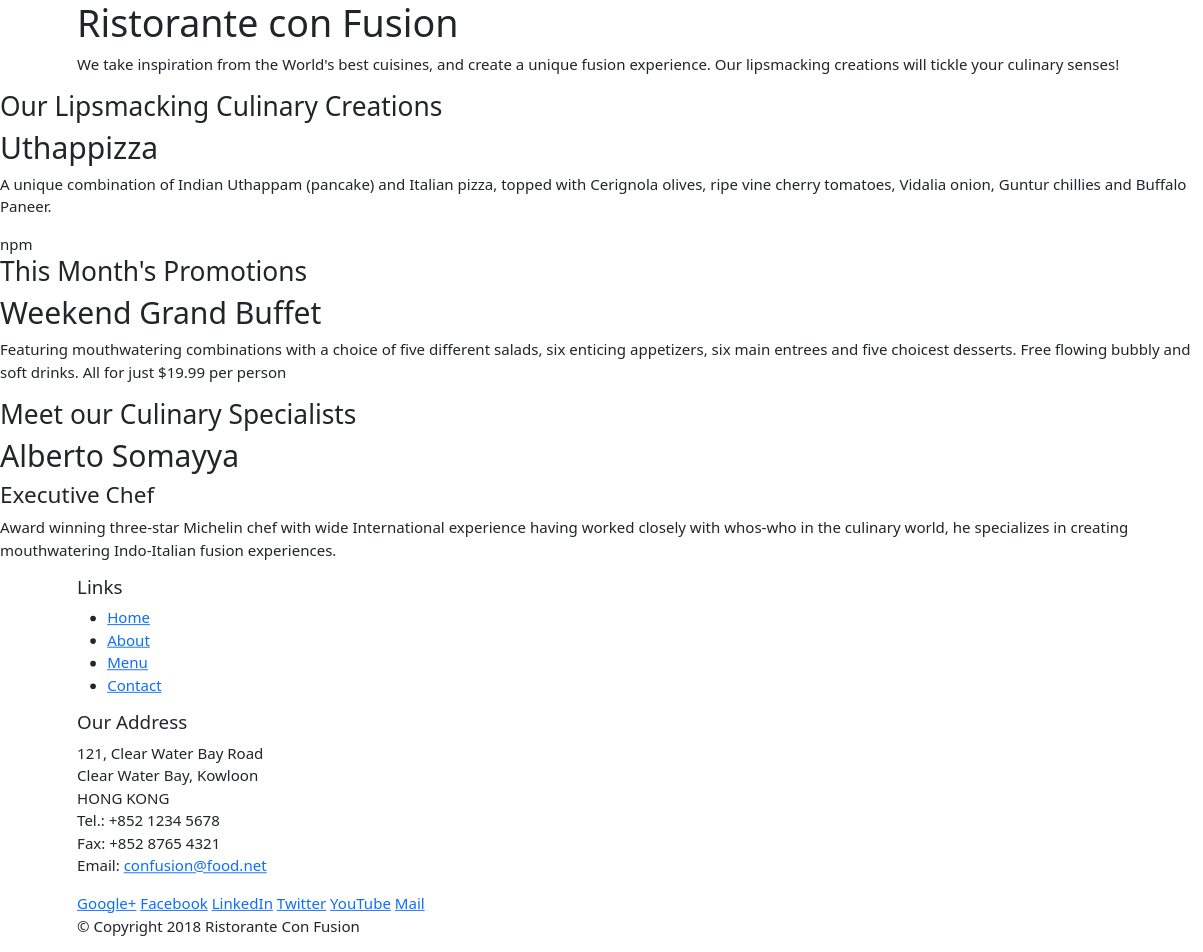
Repository: GiaBaooLe/Reactjs
Page: index.html
These files come from the project's save history. The page is drawn as it stood at one moment and after the next save; the edit follows.
The browser window is 1280 px wide. The pictures show the whole page, at 94% of full size.
Some web libraries are served in a nearby version.

Above is the page before, as saved 2023-09-12 13:44:00.

After the next save:
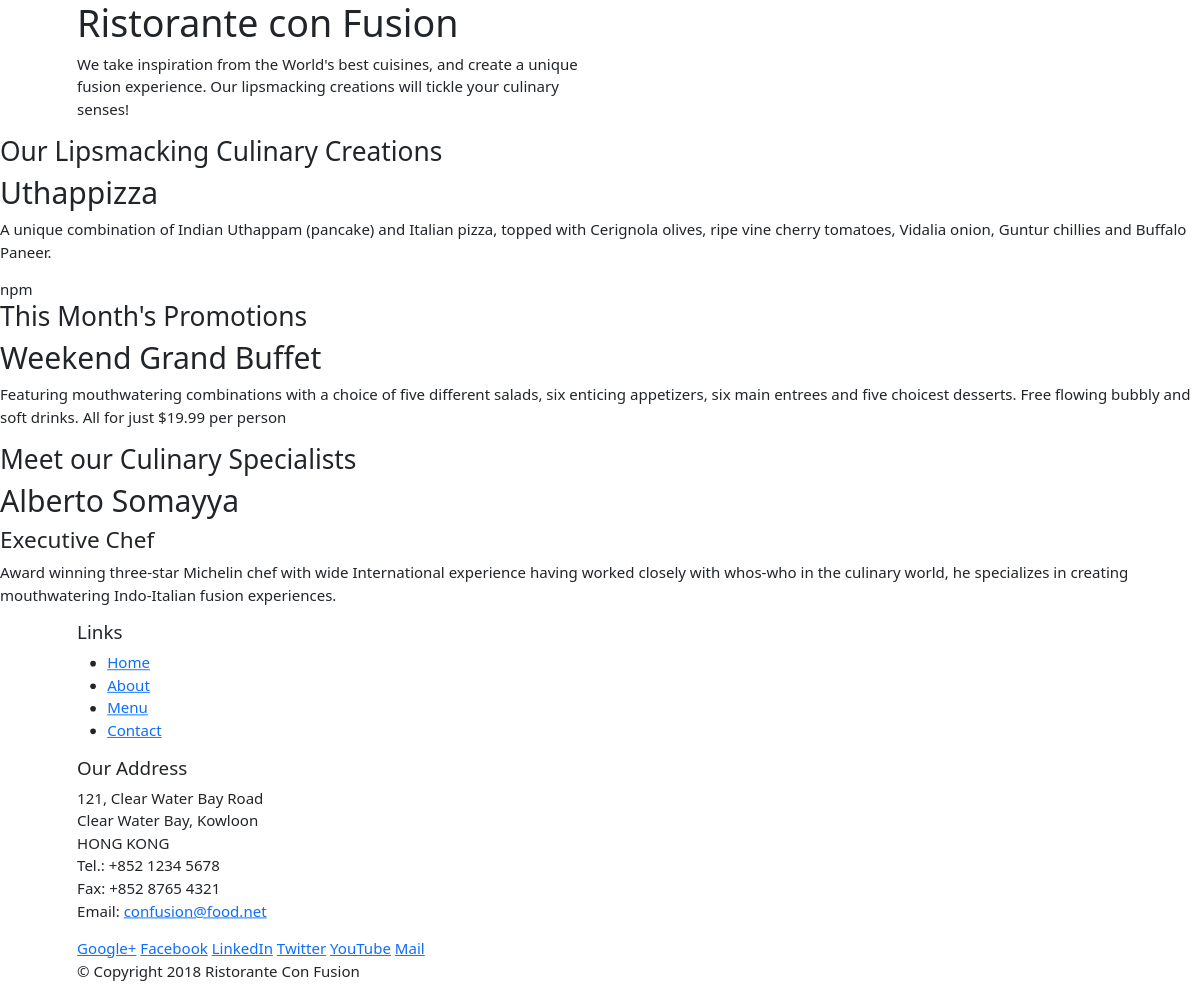
Saved 5 s later.
--- a/index.html
+++ b/index.html
@@ -24,7 +24,7 @@
             <div class="row">
 
 
-          <div >
+          <div class="col-12 col-sm-6">
             <h1>Ristorante con Fusion</h1>
             <p>
               We take inspiration from the World's best cuisines, and create a
